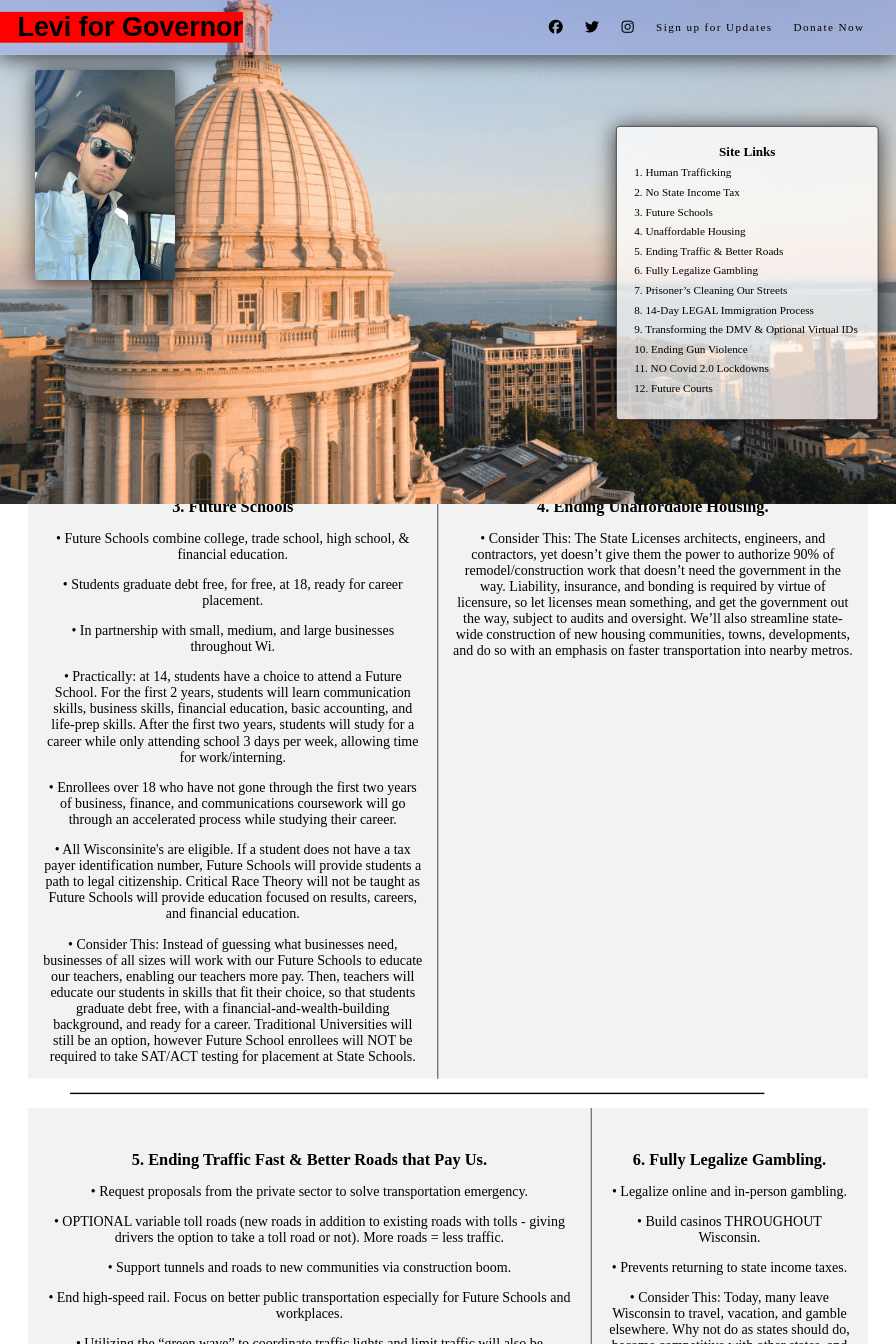
Repository: LeviCB/LeviCB.github.io
Page: index.html
The author's editor kept a record of every edit. The page is drawn from the files as they stood at one moment, then again after the next edit.
The browser window is 1280 px wide. The pictures show the part of the page from y = 0 to 1920 px (the page is 3981 px tall), at 70% of full size.
Some web fonts or font styles are not loaded; a fallback is used. Some web libraries are served in a nearby version.

Above is the page before.
Console error: SyntaxError: Identifier 'head' has already been declared

After the next edit:
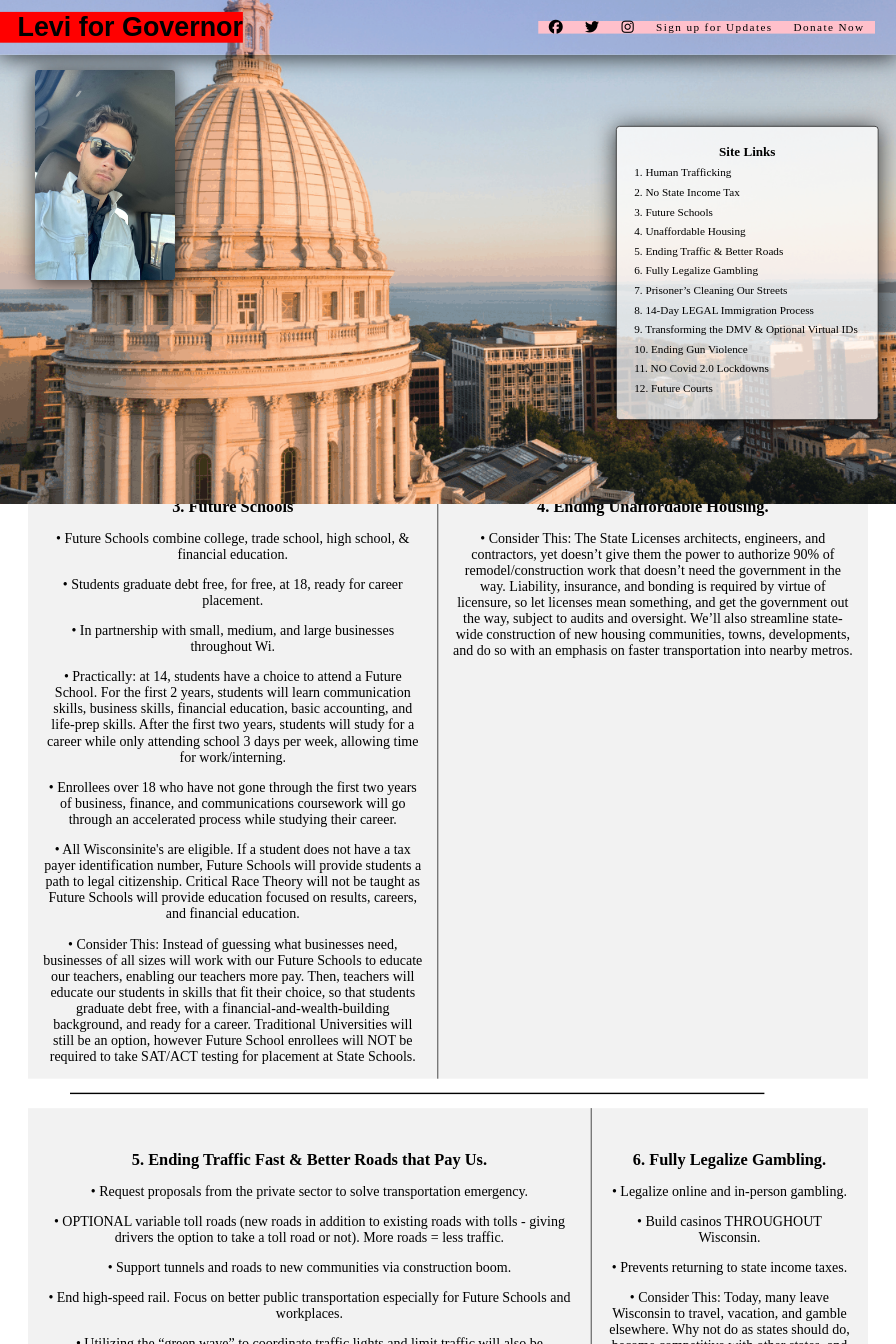
The edit:
--- a/assets/css/style.css
+++ b/assets/css/style.css
@@ -150,6 +150,7 @@
   transition: 0.6s;
 }
 header ul {
+  background-color: pink;
   position: relative;
   display: flex;
   margin-right: 30px;
